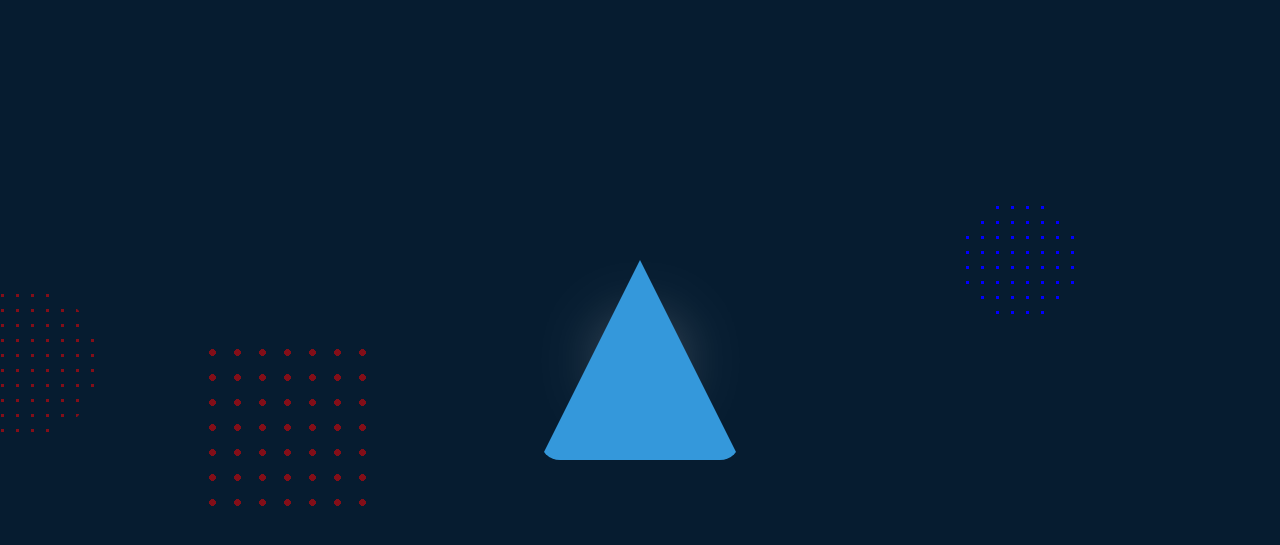
Repository: AdeniranZion/RC-Academy
Page: http://localhost/test/page.php
An editor plug-in stored every save of this project. The page is shown before and after the next save, followed by the edit.
The browser window is 1280 px wide. The pictures show the whole page.
The page is run by PHP 8.4 with error messages shown; the project is at /var/www/html/.

Above is the page before, as saved 2024-06-24 11:44:56.

After the next save:
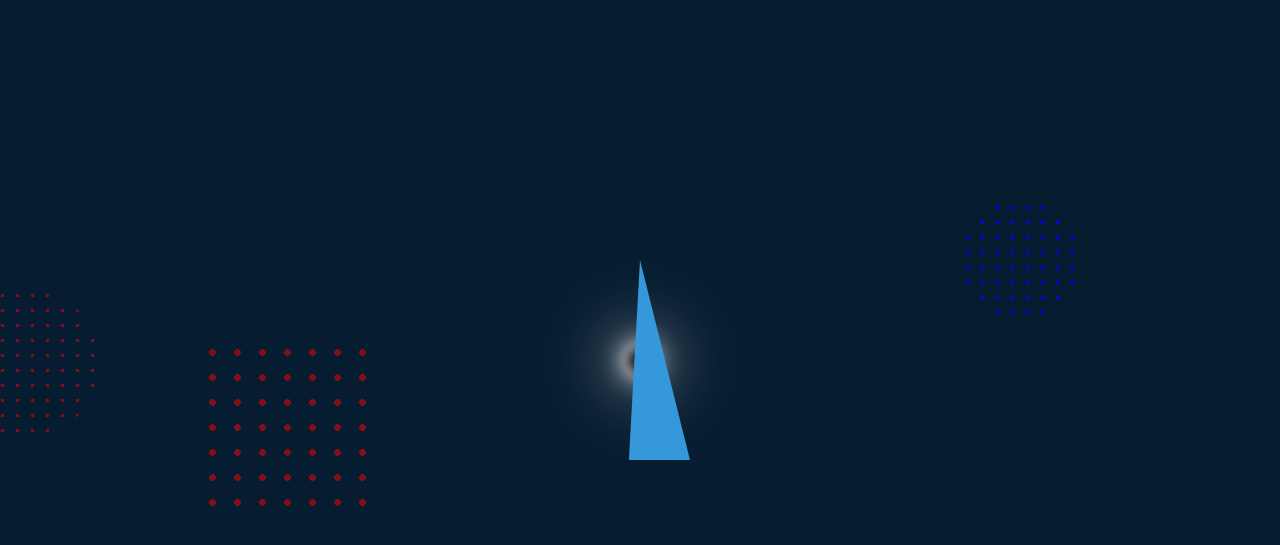
Saved 2 min 31 s later.
--- a/test/page.php
+++ b/test/page.php
@@ -27,7 +27,7 @@
       width: 200px; /* Adjust width as needed */
       height: 200px; /* Adjust height as needed */
       position: relative;
-      clip-path: polygon(50% 0%, 100% 100%, 0% 100%);
+      clip-path: polygon(50% 0%, 75% 100%, 0% 900%);
       background-color: #3498db; /* Adjust background color as needed */
       border-radius: 20px; /* Adjust border radius for smoothness */
     }
